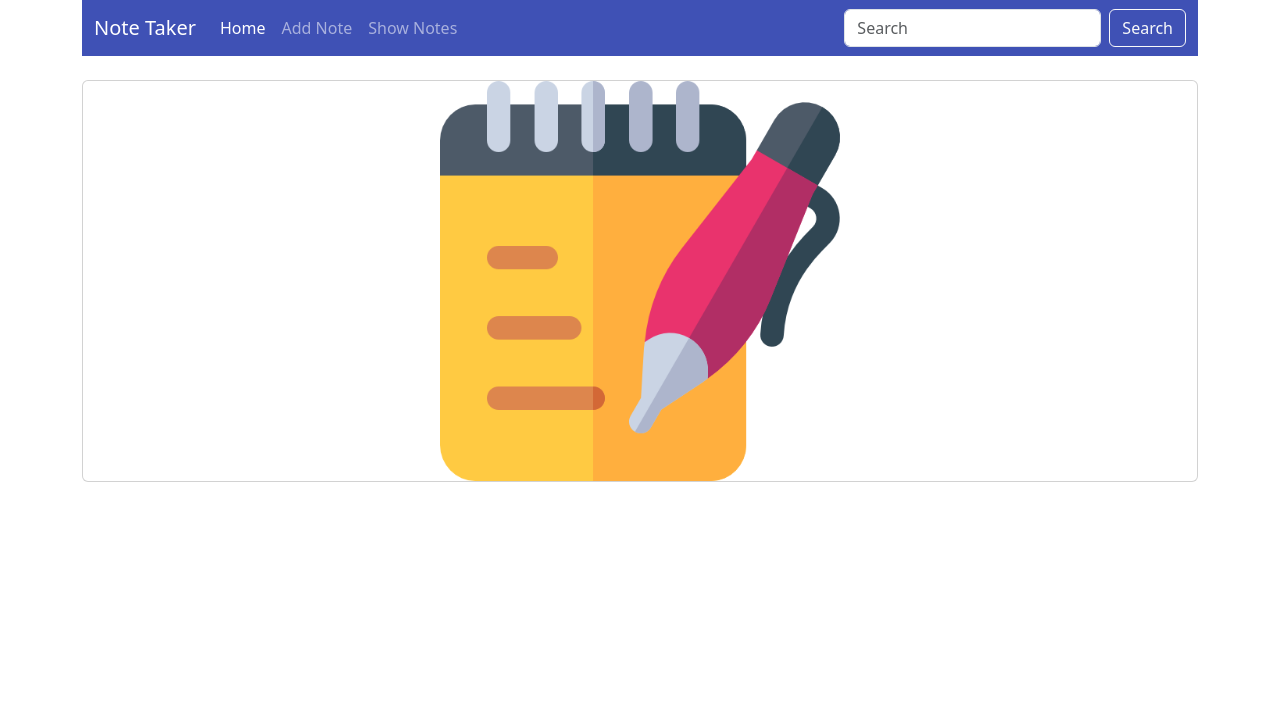
Repository: a-man-sheikh/NoteTaker
Page: http://localhost/NoteTaker/
An editor plug-in stored every save of this project. The page is shown before and after the next save, followed by the edit.
The browser window is 1280 px wide. The pictures show the whole page.
The page is served by Tomcat 9. Other server files are loaded and not shown.

Above is the page before, as saved 2024-03-25 12:05:44.

### NoteTaker/src/main/webapp/index.jsp
<!doctype html>
<html lang="en">
  <head>
    <meta charset="utf-8">
    <meta name="viewport" content="width=device-width, initial-scale=1">
    <title>Note Taker : Home Page</title>
   <%@include file="all_js_cs.jsp" %>
  </head>
  <body>
  <div class="container">
  <%@include file="navbar.jsp" %>
  <br>
  <div class="card">
  <img alt="notes-image" class="img-fluid mx-auto" style="max-width:400px;" src="img/notes.png"/>
  </div>

  </div>

  </body>
</html>

### NoteTaker/src/main/webapp/all_js_cs.jsp
  <link href="https://cdn.jsdelivr.net/npm/bootstrap@5.3.3/dist/css/bootstrap.min.css" rel="stylesheet" integrity="sha384-QWTKZyjpPEjISv5WaRU9OFeRpok6YctnYmDr5pNlyT2bRjXh0JMhjY6hW+ALEwIH" crossorigin="anonymous">
    <link href="css/style.css" rel="stylesheet"/>

 <script src="https://cdn.jsdelivr.net/npm/bootstrap@5.3.3/dist/js/bootstrap.bundle.min.js" integrity="sha384-YvpcrYf0tY3lHB60NNkmXc5s9fDVZLESaAA55NDzOxhy9GkcIdslK1eN7N6jIeHz" crossorigin="anonymous"></script>

### NoteTaker/src/main/webapp/navbar.jsp
<nav class="navbar navbar-expand-lg navbar-dark purple">
  <div class="container-fluid">
    <a class="navbar-brand" href="index.jsp">Note Taker</a>
    <button class="navbar-toggler" type="button" data-bs-toggle="collapse" data-bs-target="#navbarSupportedContent" aria-controls="navbarSupportedContent" aria-expanded="false" aria-label="Toggle navigation">
      <span class="navbar-toggler-icon"></span>
    </button>
    <div class="collapse navbar-collapse" id="navbarSupportedContent">
      <ul class="navbar-nav me-auto mb-2 mb-lg-0">
        <li class="nav-item">
          <a class="nav-link active" aria-current="page" href="index.jsp">Home</a>
        </li>
        <li class="nav-item">
          <a class="nav-link" href="add_note.jsp">Add Note</a>
        </li>

          <a class="nav-link " href="all_notes.jsp">Show Notes</a>
        </li>
      </ul>
      <form class="d-flex" role="search">
        <input class="form-control me-2" type="search" placeholder="Search" aria-label="Search">
        <button class="btn btn-outline-light" type="submit">Search</button>
      </form>
    </div>
  </div>
</nav>

### NoteTaker/src/main/webapp/css/style.css
.purple{
	background:#3f51b5;
}

After the next save:
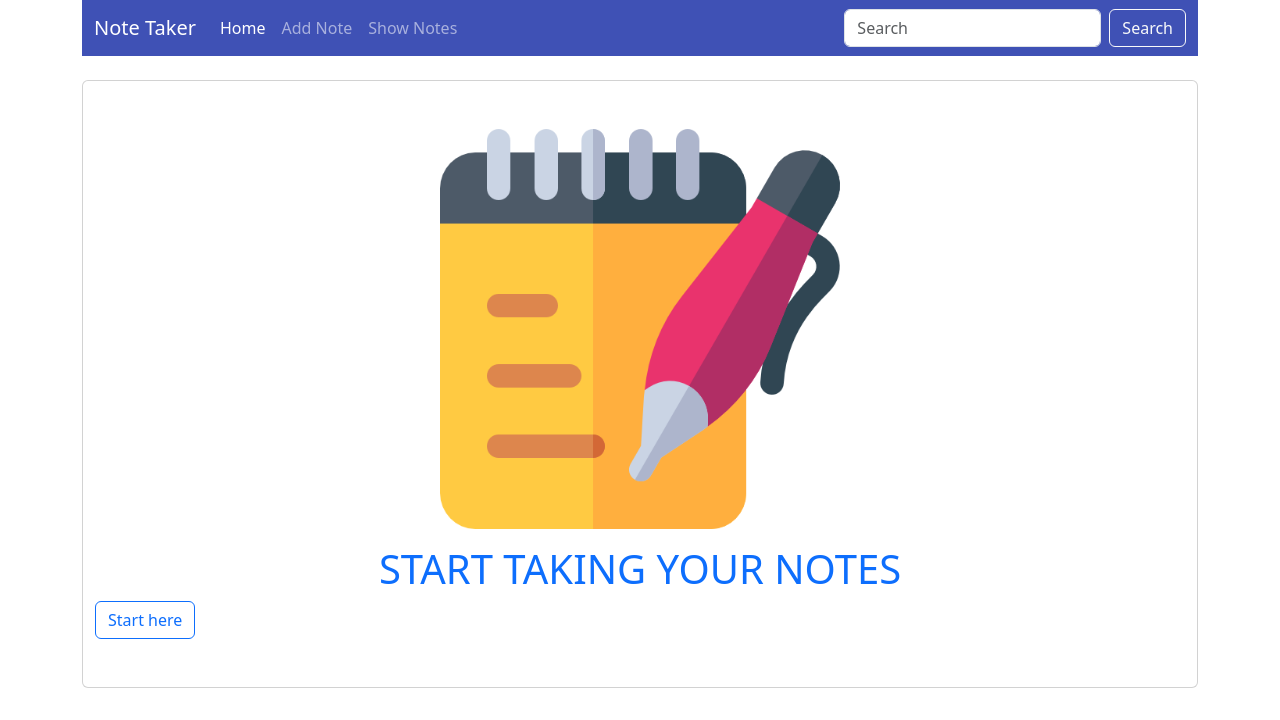
Saved 4 min 51 s later.
--- a/NoteTaker/src/main/webapp/index.jsp
+++ b/NoteTaker/src/main/webapp/index.jsp
@@ -10,8 +10,13 @@
   <div class="container">
   <%@include file="navbar.jsp" %>
   <br>
-  <div class="card">
+  <div class="card py-5">
   <img alt="notes-image" class="img-fluid mx-auto" style="max-width:400px;" src="img/notes.png"/>
+  <h1 class="text-primary text-uppercase text-center mt-3">Start Taking your notes</h1>
+<div class="container">
+ <button class="btn btn-outline-primary text-center">Start here</button>
+</div>
+
   </div>
 
   </div>
